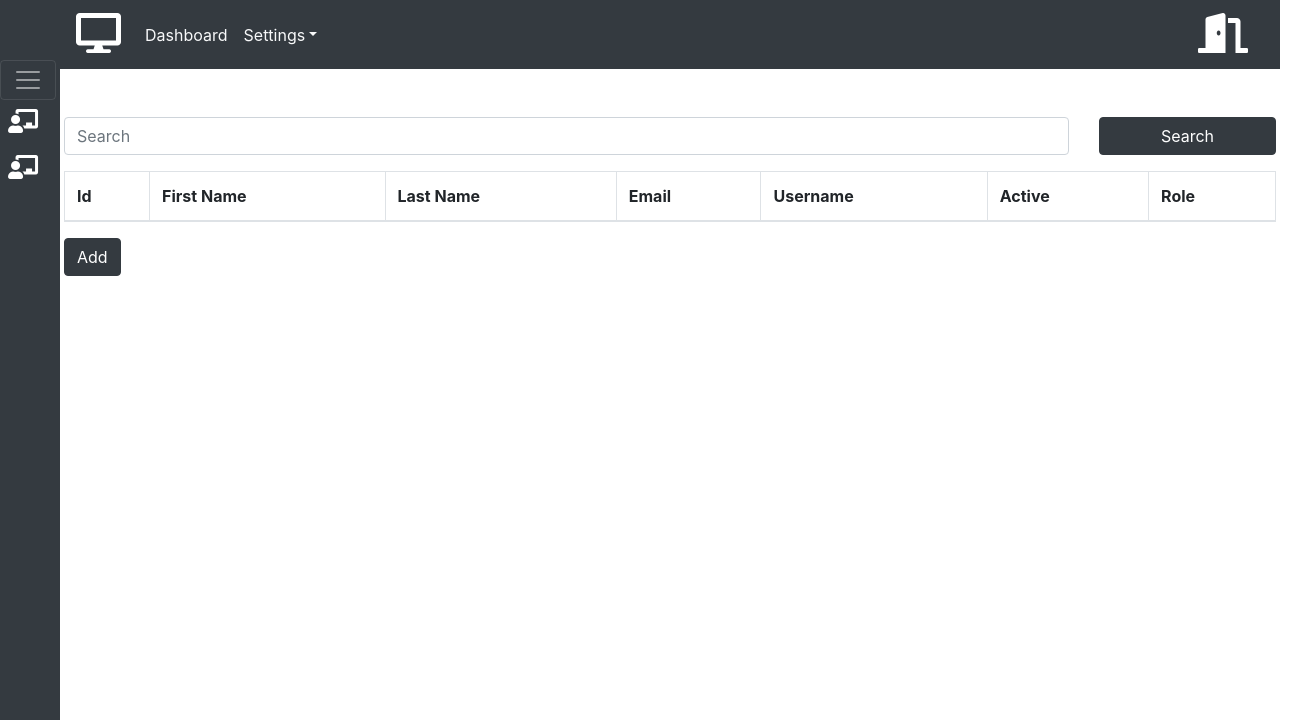
Repository: Pjosif/iDesk
Page: http://localhost/web/protected/userAdm.jsp
These files come from the project's save history. The page is drawn as it stood at one moment and after the next save; the edit follows.
The browser window is 1280 px wide. The page is 1291 px wide, so the pictures cover 1291 px, including what lies to the right of the window. The pictures show the whole page.
Some web libraries are served in a nearby version. The page is served by Tomcat 9. Nobody is signed in. The application's start-up code is not run. Other server files are loaded and not shown. The template is opened directly, without the code that normally fills it, so the values that code supplies are empty.

Above is the page before, as saved 2018-08-06 09:20:03.

### main/web/src/main/webapp/protected/userAdm.jsp
<%@ page language="java" contentType="text/html; charset=ISO-8859-1" pageEncoding="ISO-8859-1"%>
<!DOCTYPE html>
<%@ taglib uri="http://www.springframework.org/tags/form" prefix="form"%>
<%@ taglib uri="http://java.sun.com/jsp/jstl/core" prefix="c"%>
<html>
<head>
<meta charset="utf-8">
<meta name="viewport" content="width=device-width, initial-scale=1, shrink-to-fit=no">
<link href="../resources/css/bootstrap.css" rel="stylesheet">
<link rel="stylesheet" href="https://use.fontawesome.com/releases/v5.1.0/css/all.css" integrity="sha384-lKuwvrZot6UHsBSfcMvOkWwlCMgc0TaWr+30HWe3a4ltaBwTZhyTEggF5tJv8tbt" crossorigin="anonymous">
<link href="../resources/css/sidenav.css" rel="stylesheet">
<title>User Management</title>
</head>
<body>
	<jsp:include page="../master/sidenav.jsp" />
	<div id="main" class="main">
		<jsp:include page="../master/header.jsp" />
		<div class="mt-5 mx-1">
			<div class="row">
				<div class="col-md-10">
					<input type="text" class="form-control" placeholder="Search" aria-label="Search">
				</div>
				<div class="col-md-2"><button type="button" class="btn btn-dark" style="float: right; width: 100%;">Search</button></div>
			</div>
		</div>

		<div class="mt-3 mx-1">
			<table class="table table-bordered">
				<thead>
					<tr>
						<th scope="col">Id</th>
						<th scope="col">First Name</th>
						<th scope="col">Last Name</th>
						<th scope="col">Email</th>
						<th scope="col">Username</th>
						<th scope="col">Active</th>
						<th scope="col">Role</th>
					</tr>
				</thead>
				<c:forEach var="emp" items="${list}">
					<tr>
						<th scope="row">${emp.id}</th>
						<td>${emp.firstName}</td>
						<td>${emp.lastName}</td>
						<td>${emp.email}</td>
						<td>${emp.username}</td>
						<td>${emp.active}</td>
						<td>${emp.role.role}</td>
					</tr>
				</c:forEach>
			</table>
			<button type="button" class="btn btn-dark">Add</button>
		</div>

	</div>
	<script src="https://code.jquery.com/jquery-3.3.1.slim.min.js" integrity="sha384-q8i/X+965DzO0rT7abK41JStQIAqVgRVzpbzo5smXKp4YfRvH+8abtTE1Pi6jizo" crossorigin="anonymous"></script>
	<script src="https://cdnjs.cloudflare.com/ajax/libs/popper.js/1.14.3/umd/popper.min.js" integrity="sha384-ZMP7rVo3mIykV+2+9J3UJ46jBk0WLaUAdn689aCwoqbBJiSnjAK/l8WvCWPIPm49" crossorigin="anonymous"></script>
	<script src="../resources/js/bootstrap.min.js"></script>
</body>
</html>

### main/web/src/main/webapp/master/sidenav.jsp
<div id=sideNav class=sidenav>
	<div class="navbar-dark">
		<button class="navbar-toggler" type="button" onclick="togleNav()">
			<span class="navbar-toggler-icon"></span>
		</button>
	</div>
	<ul>
		<li>
			<a href="#">
				<i class="fas fa-chalkboard-teacher"></i>Incident
			</a>
		</li>
		<li>
			<a href="#">
				<i class="fas fa-chalkboard-teacher"></i>Request
			</a>
		</li>

		<!-- 		<a href="#"><i class="fas fa-chalkboard-teacher"></i>MENU 3</a> -->
		<!-- 		<a href="#"><i class="fas fa-chalkboard-teacher"></i>MENU 4</a> -->
	</ul>
</div>
<script>
	function togleNav() {
		var navigator = document.getElementById("sideNav");
		if (navigator.style.width === "200px") {
			closeNav();
		} else {
			openNav();
		}
	}

	function openNav() {
		document.getElementById("sideNav").style.width = "200px";
		document.getElementById("main").style.marginLeft = "200px";
	}

	function closeNav() {
		document.getElementById("sideNav").style.width = "60px";
		document.getElementById("main").style.marginLeft = "60px";
	}
</script>

### main/web/src/main/webapp/master/header.jsp
<%@ taglib prefix="sec" uri="http://www.springframework.org/security/tags" %>
<nav class="navbar navbar-expand-sm navbar-dark bg-dark">
	<div>
		<a class="navbar-brand" href="home">
			<i class="fas fa-desktop fa-2x"></i>
		</a>
	</div>
	<button class="navbar-toggler" type="button" data-toggle="collapse" data-target="header" aria-controls="header" aria-expanded="false" aria-label="Toggle navigation">
		<span class="navbar-toggler-icon"></span>
	</button>
	<div class="collapse navbar-collapse" id="header">
		<ul class="navbar-nav mr-auto">
			<li class="nav-item">
				<a class="nav-link text-light" href="#">Dashboard</a>
			</li>
			<li class="nav-item dropdown">
				<a class="nav-link dropdown-toggle text-light" style="cursor:pointer" id="settings" data-toggle=dropdown aria-haspopup="true" aria-expanded="false">Settings</a>
				<div class="dropdown-menu" aria-labelledby="settings">
					<a class="dropdown-item" href="#">Configuration Item</a>
				</div>
			</li>
			<sec:authorize access="hasAuthority('ADMIN_PRIVILEGE')">
			<li class="nav-item dropdown">
				<a class="nav-link dropdown-toggle text-light" style="cursor: pointer" id="dropdown03" data-toggle="dropdown" aria-haspopup="true" aria-expanded="false">Administrator</a>
				<div class="dropdown-menu" aria-labelledby="dropdown03">
					<a class="dropdown-item" href="userlist">Users</a>
					<a class="dropdown-item" href="rolelist">Roles</a>
					<a class="dropdown-item" href="privlist">Privilege</a>
				</div>
			</li>
			</sec:authorize>
		</ul>
		<a class="navbar-brand" href="logout">
			<i class="fas fa-door-open fa-2x"></i>
		</a>
	</div>
</nav>

### main/web/src/main/webapp/resources/css/sidenav.css
.main {
	margin-left: 60px;
}

.sidenav {
    height: 100%;
    width: 60px;
    position: fixed;
    z-index: 1;
    top: 0;
    left: 0;
    background-color: #343a40;
    overflow-x: hidden;
    transition: 0.5s;
    padding-top: 60px;
}

.sidenav a {
	width:250px;
    padding: 8px 8px 8px 8px;
    text-decoration: none;
    font-size: 20px;
    color: #FFFFFF;
    display: block;
    transition: 0.3s;
}

.sidenav i {
	padding-right: 22px;
	font-size: 24px;
}

.sidenav ul {
	list-style-type: none;
	padding: 0;
}

.sidenav a:hover {
    color: #f1f1f1;
}

.sidenav .closebtn {
    position: absolute;
    top: 0;
    right: 25px;
    font-size: 36px;
    margin-left: 50px;
}

@media screen and (max-height: 450px) {
  .sidenav {padding-top: 15px;}
  .sidenav a {font-size: 18px;}
}

Loaded but not shown: main/web/src/main/webapp/resources/css/bootstrap.css (library); main/web/src/main/webapp/resources/js/bootstrap.min.js (library)

After the next save:
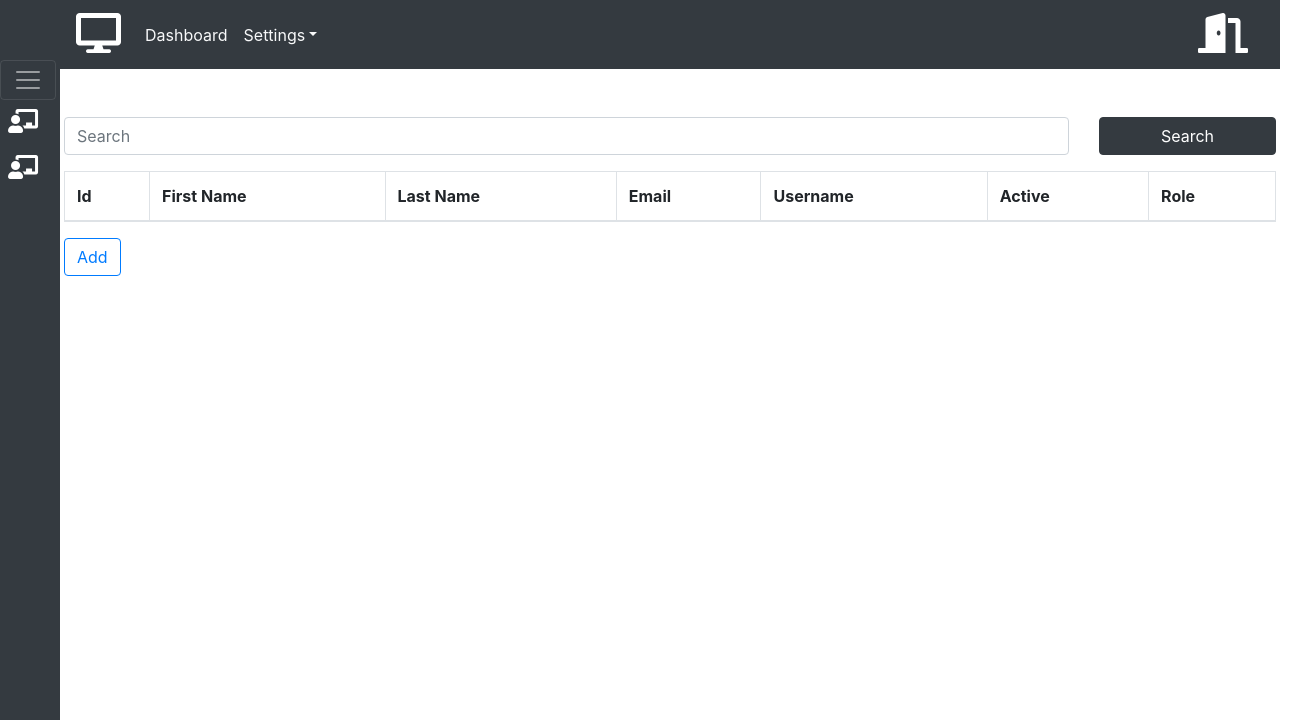
Saved 79 min 40 s later.
--- a/main/web/src/main/webapp/protected/userAdm.jsp
+++ b/main/web/src/main/webapp/protected/userAdm.jsp
@@ -49,7 +49,7 @@
 					</tr>
 				</c:forEach>
 			</table>
-			<button type="button" class="btn btn-dark">Add</button>
+			<button type="button" class="btn btn-outline-primary">Add</button>
 		</div>
 
 	</div>
